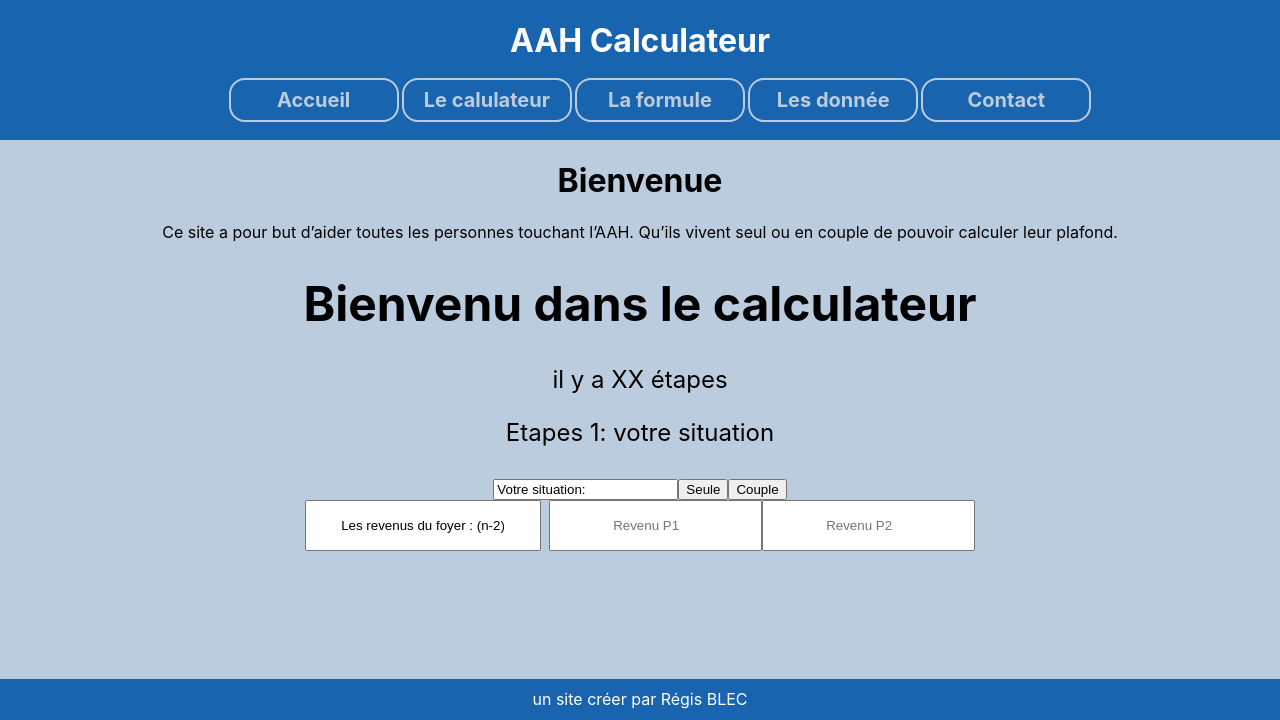
Repository: Cide74/calculateur-aah
Page: /
The author's editor kept a copy of each file at every save. The page is drawn from the files as they stood at one save, then again after a run of saves.
The browser window is 1280 px wide. The pictures show the whole page.
The project was rebuilt for these pictures with package versions that can differ from the ones it lists, and the page was loaded fresh each time.

Above is the page before, as saved 2021-04-05 18:19:42.

After the next 2 saves:
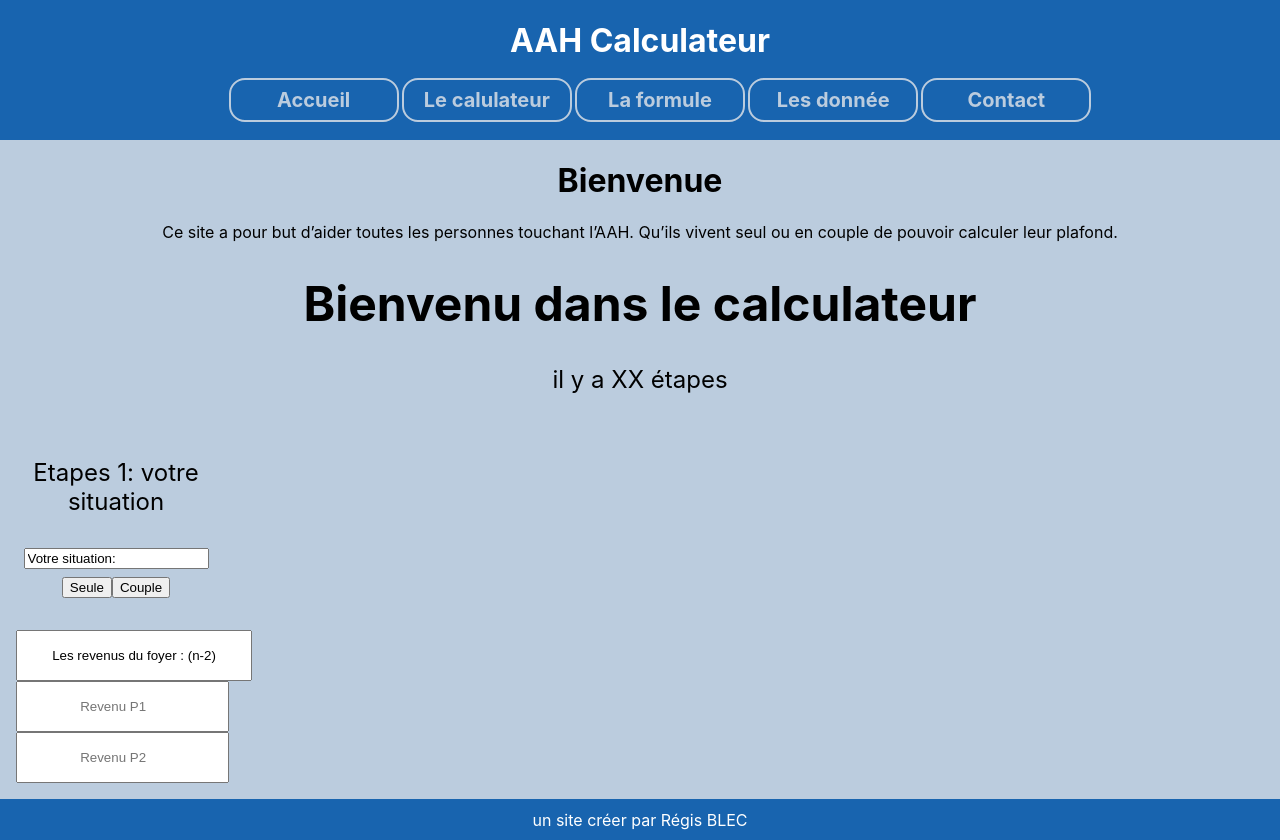
The 2 saves are shown as one change because they came seconds apart.
The last was saved 14 s later.
--- a/src/components/Calculator/Calculator.scss
+++ b/src/components/Calculator/Calculator.scss
@@ -1,7 +1,7 @@
 .calculateur {
    // color:orange;
     font-size: 1.5rem;
-    .from{
+    .form {
                   text-align: center;
             width: 200px;
             margin-right: 0.5rem;
